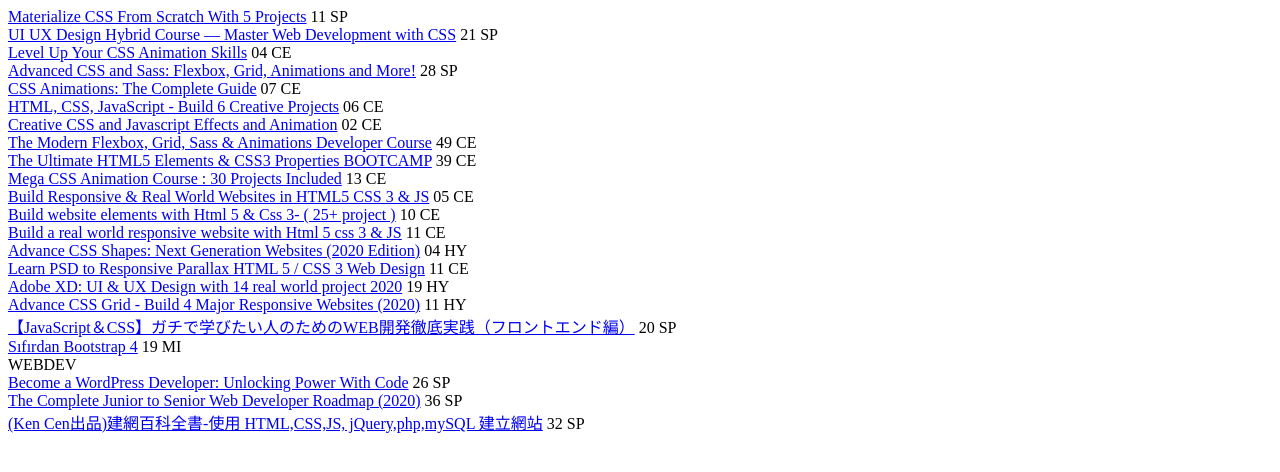
Repository: ClementLight/plan
Page: tmp.html
An editor plug-in stored every save of this project. The page is shown before and after the next save, followed by the edit.
The browser window is 1280 px wide. The pictures show the whole page.

Above is the page before, as saved 2020-09-01 14:45:15.

### tmp.html

          <a class="lessonname" href="https://www.udemy.com/course/materialize-css-from-scratch-with-5-projects/learn/lecture/9380778?start=120#overview">Materialize CSS From Scratch With 5 Projects</a>
          <span class="hours">11</span>
          <span class="account">SP</span>
        </div>
        <div class="lesson lesson-background-filter">
          <a class="lessonname" href="https://www.udemy.com/course/uxdevelopment/learn/lecture/21499324?start=45#questions">UI UX Design Hybrid Course — Master Web Development with CSS</a>
          <span class="hours">21</span>
          <span class="account">SP</span>
        </div>
        <div class="lesson lesson-background-filter">
          <a class="lessonname" href="https://www.udemy.com/course/level-up-your-css-animation-skills/learn/lecture/14278658?start=746#overview">Level Up Your CSS Animation Skills</a>
          <span class="hours">04</span>
          <span class="account">CE</span>
        </div>
        <div class="lesson lesson-background-filter">
          <a class="lessonname" href="https://www.udemy.com/course/advanced-css-and-sass/learn/lecture/8859760?start=150#overview">Advanced CSS and Sass: Flexbox, Grid, Animations and More!</a>
          <span class="hours">28</span>
          <span class="account">SP</span>
        </div>
        <div class="lesson lesson-background-filter">
          <a class="lessonname" href="https://www.udemy.com/course/css-animations-the-complete-guide/learn/lecture/21508866?start=0#overview">CSS Animations: The Complete Guide</a>
          <span class="hours">07</span>
          <span class="account">CE</span>
        </div>
        <div class="lesson lesson-background-filter">
          <a class="lessonname" href="https://www.udemy.com/course/html-css-javascript-course-build-6-creative-projects/learn/lecture/12194674?start=180#overview">HTML, CSS, JavaScript - Build 6 Creative Projects</a>
          <span class="hours">06</span>
          <span class="account">CE</span>
        </div>
        <div class="lesson lesson-background-filter">
          <a class="lessonname" href="https://www.udemy.com/course/creative-css-and-javascript-effects-and-animation/learn/lecture/20827122#overview">Creative CSS and Javascript Effects and Animation</a>
          <span class="hours">02</span>
          <span class="account">CE</span>
        </div>
        <div class="lesson lesson-background-filter">
          <a class="lessonname" href="https://www.udemy.com/course/the-modern-flexbox-grid-sass-animations-developer-course/learn/lecture/20861738?start=15#questions">The Modern Flexbox, Grid, Sass & Animations Developer Course</a>
          <span class="hours">49</span>
          <span class="account">CE</span>
        </div>
        <div class="lesson lesson-background-filter">
          <a class="lessonname" href="https://www.udemy.com/course/the-most-up-tp-date-html5-css3-level-1-essentials-with-100-challenges/learn/lecture/18515152?start=131#overview">The Ultimate HTML5 Elements & CSS3 Properties BOOTCAMP</a>
          <span class="hours">39</span>
          <span class="account">CE</span>
        </div>
        <div class="lesson lesson-background-filter">
          <a class="lessonname" href="https://www.udemy.com/course/mega-css-animation-course/learn/lecture/15322532?start=0#overview">Mega CSS Animation Course : 30 Projects Included</a>
          <span class="hours">13</span>
          <span class="account">CE</span>
        </div>
        <div class="lesson lesson-background-filter">
          <a class="lessonname" href="https://www.udemy.com/course/build-responsive-real-world-websites-in-html5-css-3-js/learn/lecture/20595720?start=0#overview">Build Responsive & Real World Websites in HTML5 CSS 3 & JS</a>
          <span class="hours">05</span>
          <span class="account">CE</span>
        </div>
        <div class="lesson lesson-background-filter">
          <a class="lessonname" href="https://www.udemy.com/course/build-website-elements-with-html-5-css-3-25-project/learn/lecture/8485378?start=360#overview">Build website elements with Html 5 & Css 3- ( 25+ project )</a>
          <span class="hours">10</span>
          <span class="account">CE</span>
        </div>
        <div class="lesson lesson-background-filter">
          <a class="lessonname" href="https://www.udemy.com/course/build-a-real-world-responsive-website-with-html-5-css-3-js/learn/lecture/9007158?start=15#overview">Build a real world responsive website with Html 5 css 3 & JS</a>
          <span class="hours">11</span>
          <span class="account">CE</span>
        </div>
        <div class="lesson lesson-background-filter">
          <a class="lessonname" href="https://www.udemy.com/course/mastering-native-css-shapes/learn/lecture/7168320?start=0#overview">Advance CSS Shapes: Next Generation Websites (2020 Edition)</a>
          <span class="hours">04</span>
          <span class="account">HY</span>
        </div>
        <div class="lesson lesson-background-filter">
          <a class="lessonname" href="https://www.udemy.com/course/learn-psd-to-responsive-parallax-html-5-css-3-web-design/learn/lecture/12566652?start=0#overview">Learn PSD to Responsive Parallax HTML 5 / CSS 3 Web Design</a>
          <span class="hours">11</span>
          <span class="account">CE</span>
        </div>
        <div class="lesson lesson-background-filter">
          <a class="lessonname" href="https://www.udemy.com/course/adobe-xd-ui-ux-design-with-10-real-world-project-2020-tuto/learn/lecture/18412718?start=0#overview">Adobe XD: UI & UX Design with 14 real world project 2020</a>
          <span class="hours">19</span>
          <span class="account">HY</span>
        </div>
        <div class="lesson lesson-background-filter">
          <a class="lessonname" href="https://www.udemy.com/course/css-grid-the-complete-guide/learn/lecture/10099838?start=0#overview">Advance CSS Grid - Build 4 Major Responsive Websites (2020)</a>
          <span class="hours">11</span>
          <span class="account">HY</span>
        </div>

        <div class="lesson lesson-background-filter">
          <a class="lessonname" href="https://www.udemy.com/course/front-dev-tutorial/learn/lecture/17695216?start=477#overview">【JavaScript＆CSS】ガチで学びたい人のためのWEB開発徹底実践（フロントエンド編）</a>
          <span class="hours">20</span>
          <span class="account">SP</span>
        </div>
        <div class="lesson lesson-background-filter">
          <a class="lessonname" href="https://www.udemy.com/course/sifirdan-bootstrap-4/learn/lecture/15031248#overview">Sıfırdan Bootstrap 4</a>
          <span class="hours">19</span>
          <span class="account">MI</span>
        </div>
      </div>
    </section>
    <section class="maincontainers">
      <div class="lessontype">WEBDEV</div>
      <div class="lessons">
        <div class="lesson lesson-background-filter">
          <a class="lessonname" href="https://www.udemy.com/course/become-a-wordpress-developer-php-javascript/learn/lecture/7076998?start=270#overview">Become a WordPress Developer: Unlocking Power With Code</a>
          <span class="hours">26</span>
          <span class="account">SP</span>
        </div>
        <div class="lesson lesson-background-filter">
          <a class="lessonname" href="https://www.udemy.com/course/the-complete-junior-to-senior-web-developer-roadmap/learn/lecture/10409076?start=0#overview">The Complete Junior to Senior Web Developer Roadmap (2020)</a>
          <span class="hours">36</span>
          <span class="account">SP</span>
        </div>
        <div class="lesson lesson-background-filter">
          <a class="lessonname" href="https://www.udemy.com/course/ken-cens/learn/lecture/5246918?start=30#overview"> (Ken Cen出品)建網百科全書-使用 HTML,CSS,JS, jQuery,php,mySQL 建立網站</a>
          <span class="hours">32</span>
          <span class="account">SP</span>
        </div>
      </div>
    </section>

  </section>

After the next save:
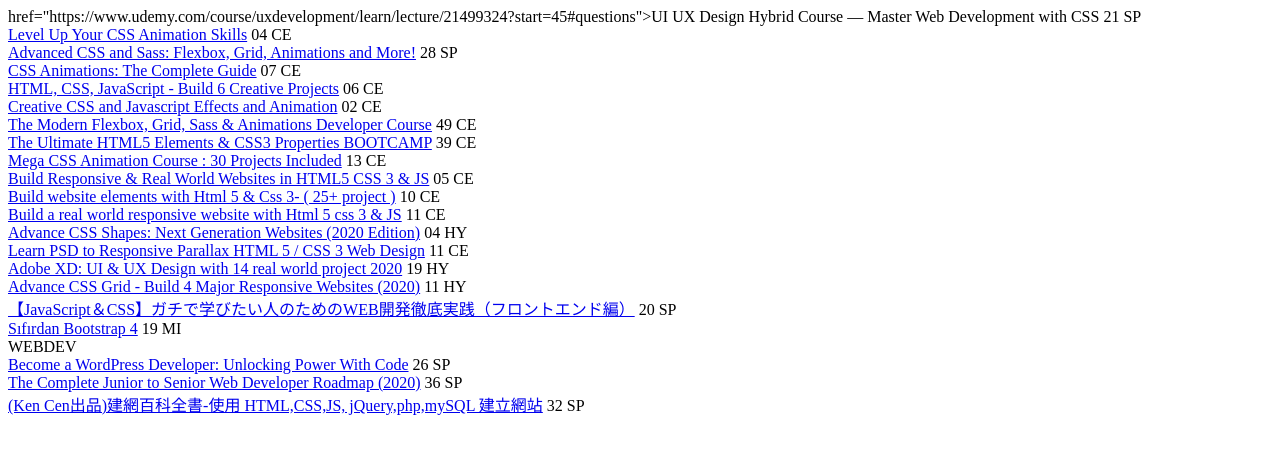
Saved 8 s later.
--- a/tmp.html
+++ b/tmp.html
@@ -1,10 +1,4 @@
-
-          <a class="lessonname" href="https://www.udemy.com/course/materialize-css-from-scratch-with-5-projects/learn/lecture/9380778?start=120#overview">Materialize CSS From Scratch With 5 Projects</a>
-          <span class="hours">11</span>
-          <span class="account">SP</span>
-        </div>
-        <div class="lesson lesson-background-filter">
-          <a class="lessonname" href="https://www.udemy.com/course/uxdevelopment/learn/lecture/21499324?start=45#questions">UI UX Design Hybrid Course — Master Web Development with CSS</a>
+href="https://www.udemy.com/course/uxdevelopment/learn/lecture/21499324?start=45#questions">UI UX Design Hybrid Course — Master Web Development with CSS</a>
           <span class="hours">21</span>
           <span class="account">SP</span>
         </div>
